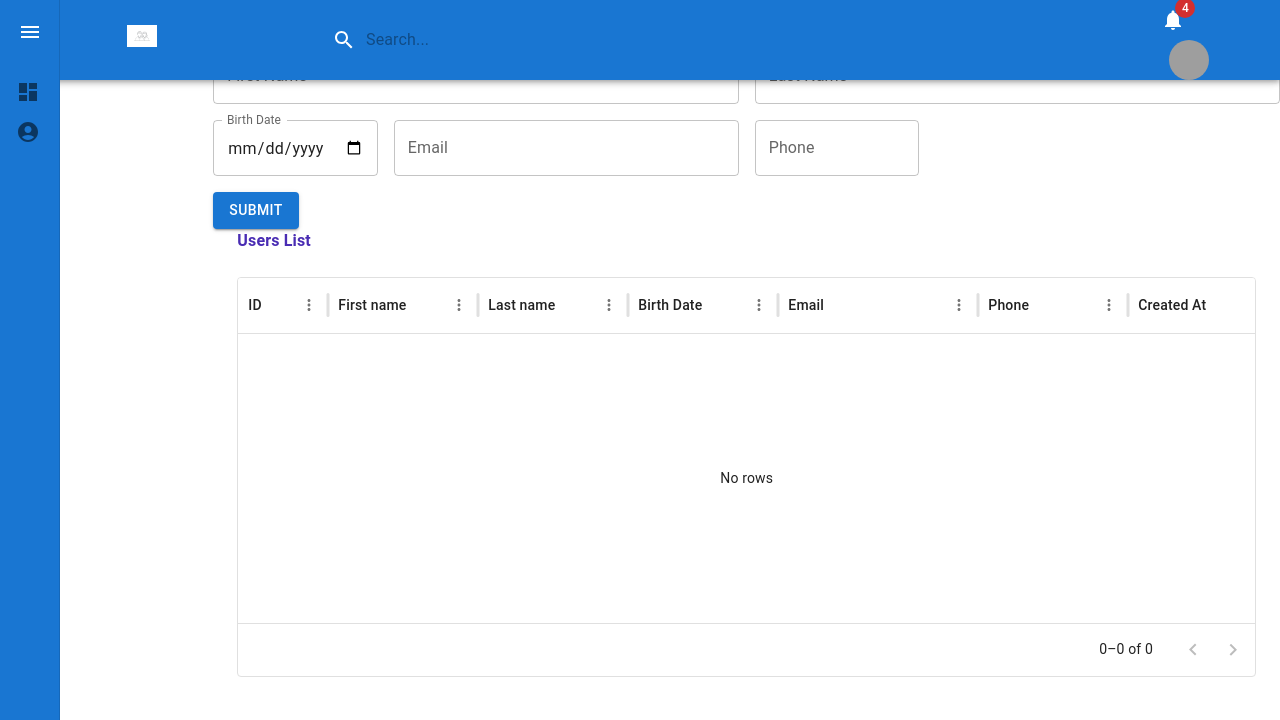
Repository: lenx0/front-client-manager
Page: /
The author's editor kept a copy of each file at every save. The page is drawn from the files as they stood at one save, then again after a run of saves.
The browser window is 1280 px wide. The pictures show the whole page.
Pictures or frames that could not be fetched are drawn as grey boxes. The page's requests for data from a server got no answer. The project was rebuilt for these pictures with package versions that can differ from the ones it lists, and the page was loaded fresh each time. No one was signed in, and anything a server would have sent is missing. Also part of the build but not shown: vite.config.js, src/App.css.

Above is the page before, as saved 2024-06-25 13:01:24.

After the next 4 saves:
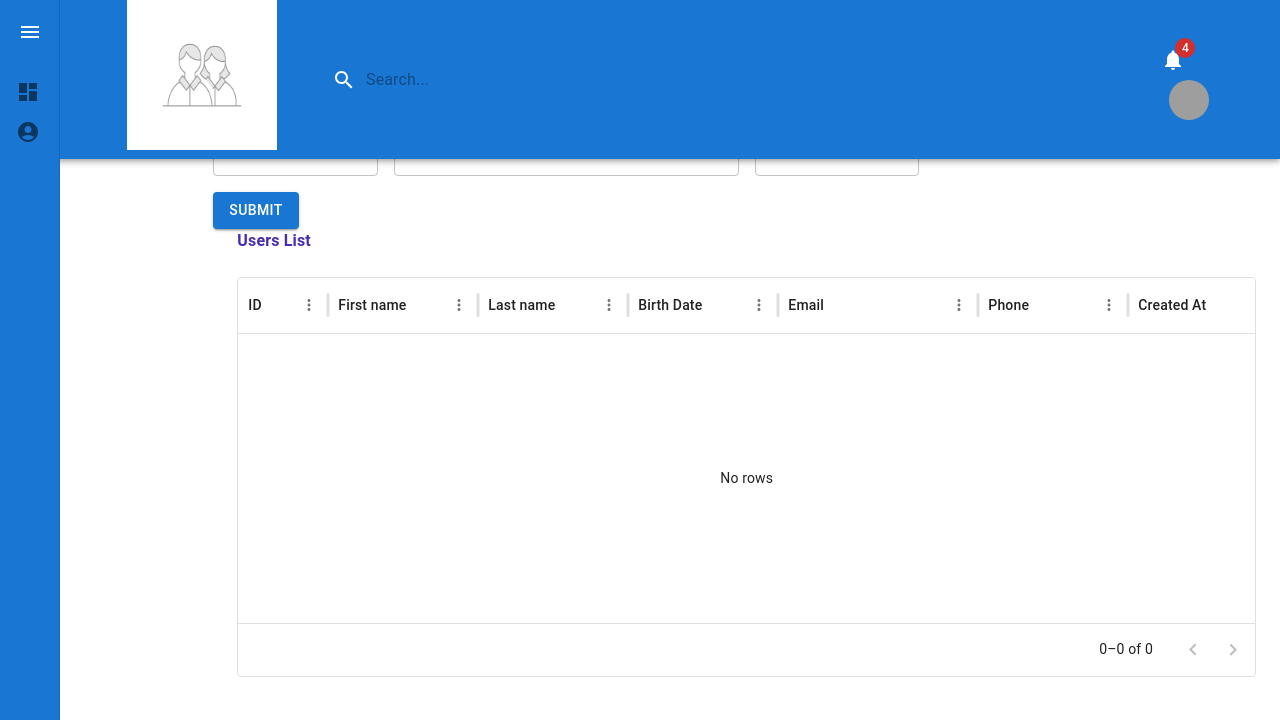
The 4 saves are shown as one change because they came seconds apart.
The last was saved 16 s later.
--- a/src/components/Layout/Header.jsx
+++ b/src/components/Layout/Header.jsx
@@ -19,7 +19,7 @@ const Header = () => {
           </Grid>
           <Grid item xs={2}>
             <Typography variant="h6" noWrap>
-              <img width={30} src="/logo/user.png"/>
+              <img width={150} height={150} src="/logo/user.png"/>
             </Typography>
           </Grid>
           <Grid item xs={8}>
